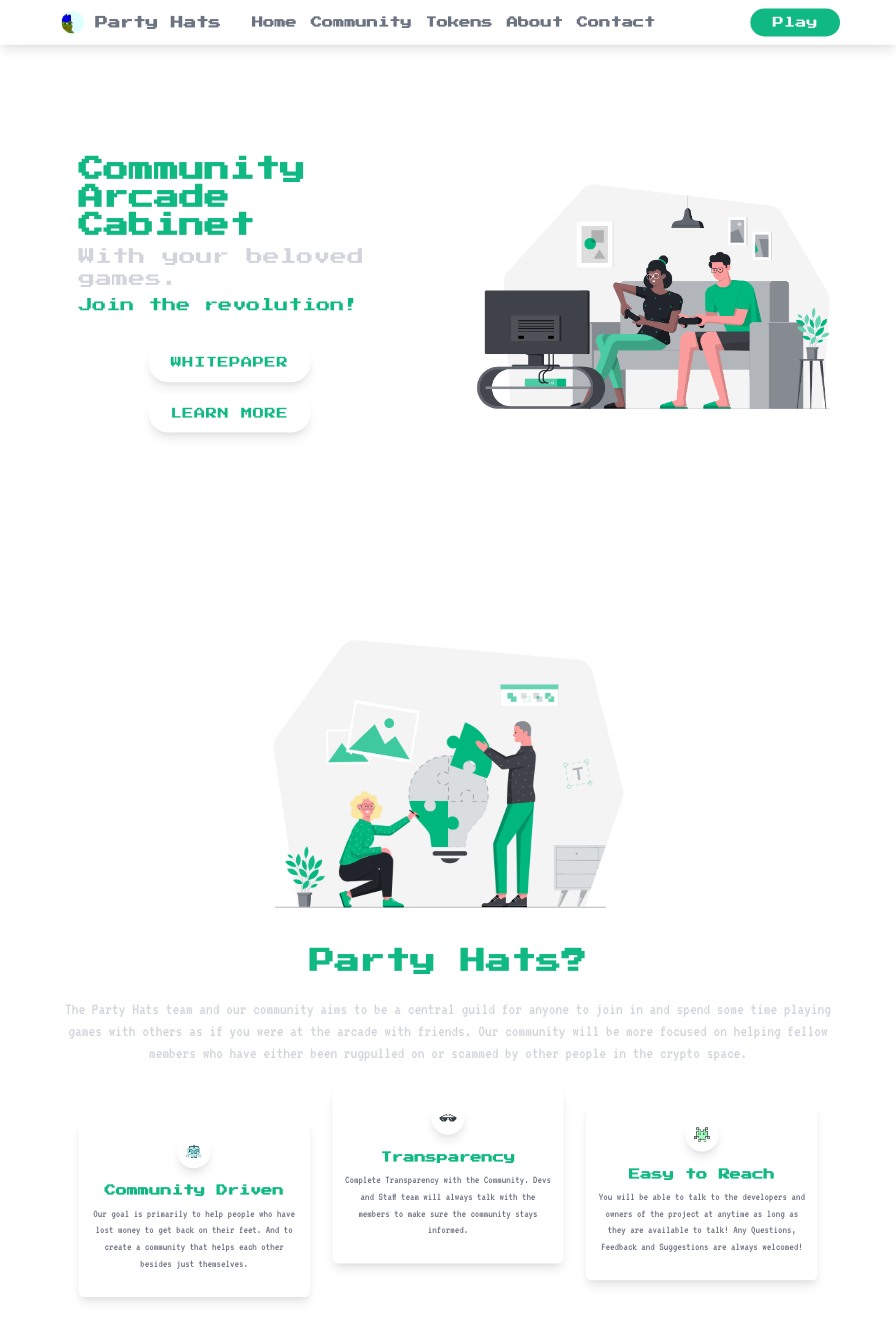
Repository: rhinorphan/phat-landing-page
Page: /
The author's editor kept a copy of each file at every save. The page is drawn from the files as they stood at one save, then again after the next save.
The browser window is 1280 px wide. The pictures show the part of the page from y = 0 to 1920 px (the page is 4190 px tall), at 70% of full size.
The project was rebuilt for these pictures with package versions that can differ from the ones it lists, and the page was loaded fresh each time. Also part of the build but not shown: craco.config.js.

Above is the page before, as saved 2021-11-17 23:42:59.

After the next save:
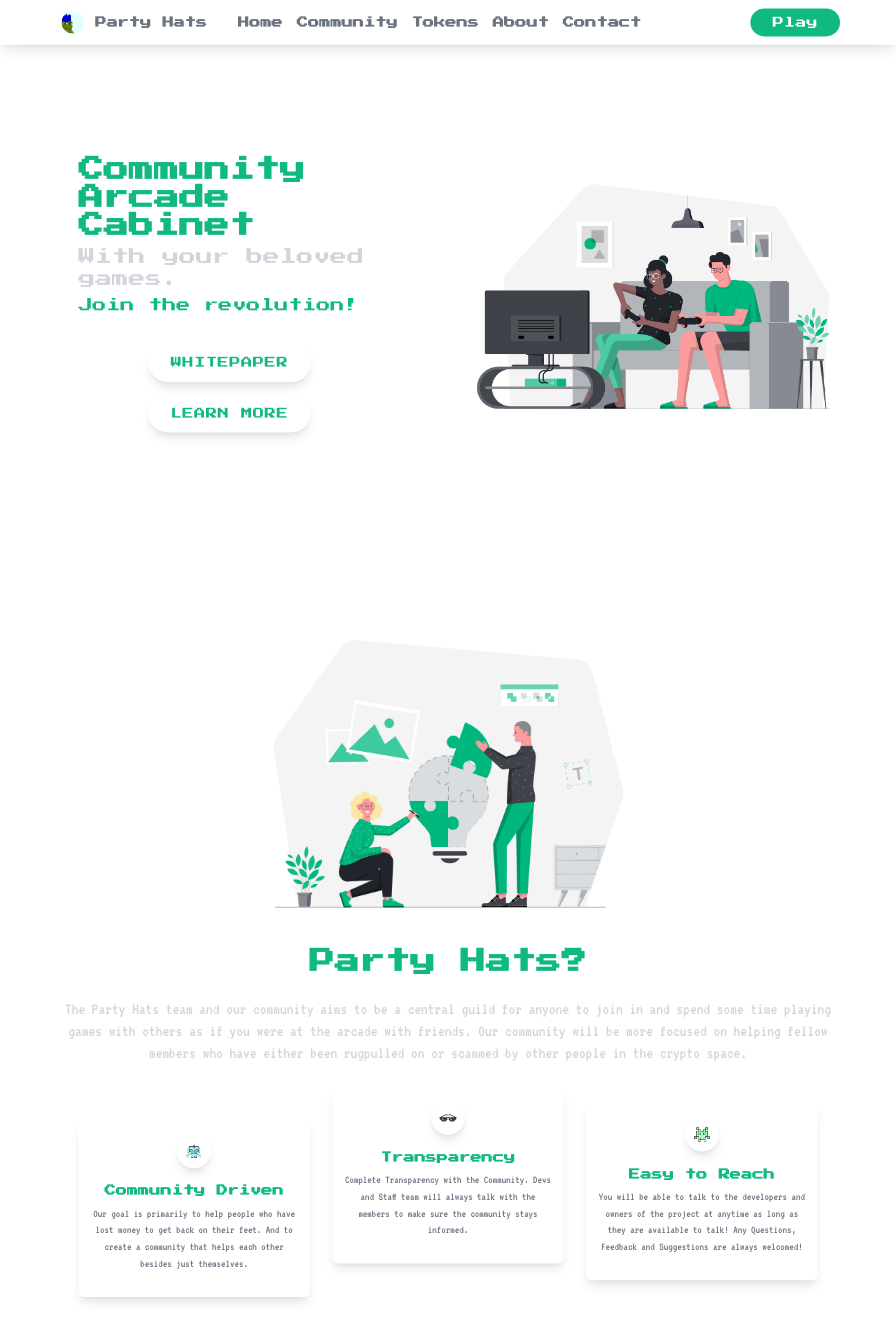
Saved 18 s later.
--- a/src/components/Header.js
+++ b/src/components/Header.js
@@ -22,7 +22,7 @@ function Header() {
 						<div>
 							<a href="" class="flex items-center py-4 px-2">
 								<img src={`${process.env.PUBLIC_URL}/assets/images/server_icon.png`} alt="Logo" class="inline object-cover w-8 h-18 mr-4 rounded-full"/>
-								<span onClick={scrollToTop}class="font-semibold text-gray-500 text-lg">Party Hats</span>
+								<span onClick={scrollToTop}class="font-semibold text-gray-500 text-md">Party Hats</span>
 							</a>
 						</div>
 						<div class="hidden md:flex items-center space-x-1 nobull">
